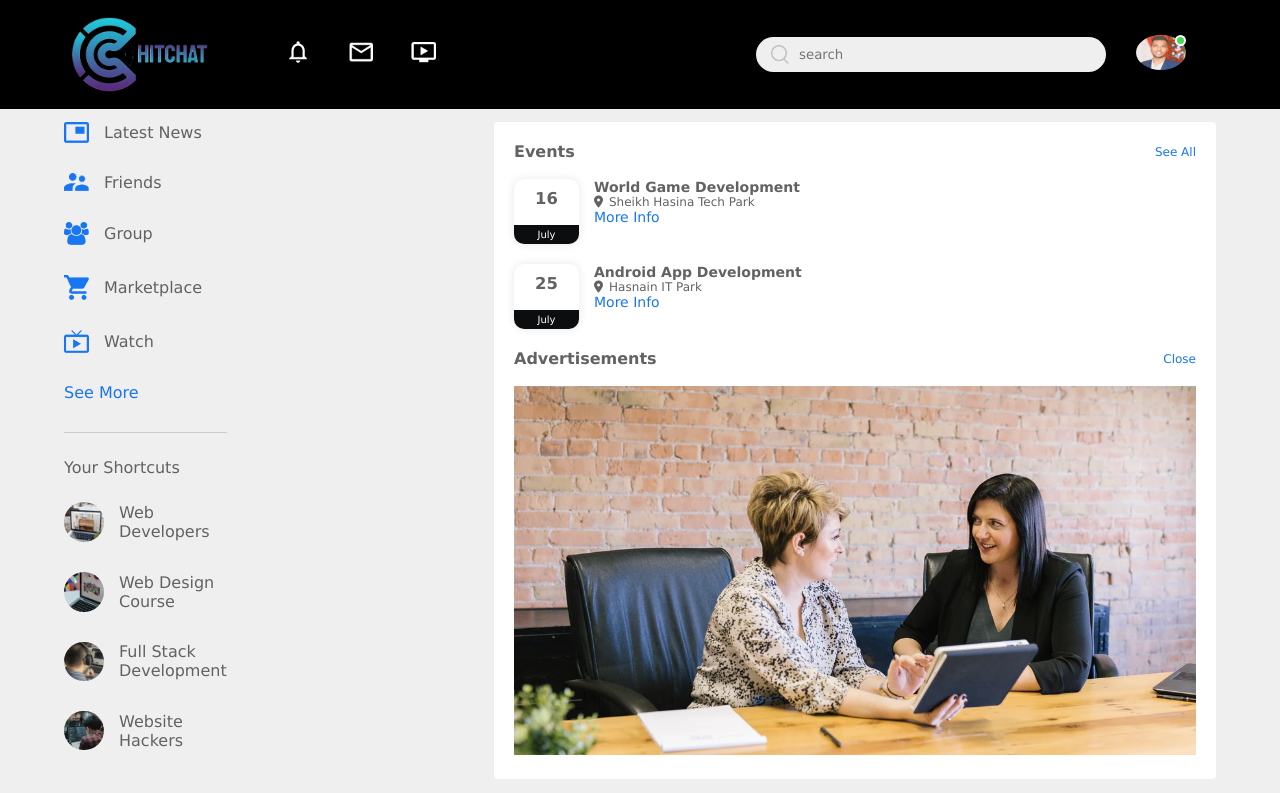
Repository: omarhasnain/ChitChat
Page: index.html
The author's editor kept a copy of each file at every save. The page is drawn from the files as they stood at one save, then again after the next save.
The browser window is 1280 px wide. The pictures show the whole page.
Some web libraries are served in a nearby version.

Above is the page before, as saved 2021-07-12 22:13:10.

### index.html
<!DOCTYPE html>
<html lang="en">

<head>
    <meta charset="UTF-8">
    <meta http-equiv="X-UA-Compatible" content="IE=edge">
    <meta name="viewport" content="width=device-width, initial-scale=1.0">
    <title>ChitChat</title>
    <link rel="stylesheet" href="style.css">
    <link rel="shortcut icon" href="images/fav-ico.ico" type="image/x-icon">
    <script src="https://kit.fontawesome.com/07933890e6.js" crossorigin="anonymous"></script>
</head>

<body>
    <nav>
        <div class="nav-left">
            <img src="images/logo4.png" alt="logo" class="logo">
            <ul>
                <li><img src="images/notification.png" alt="" class=""></li>
                <li><img src="images/inbox.png" alt="" class=""></li>
                <li><img src="images/video.png" alt="" class=""></li>
            </ul>
        </div>
        <div class="nav-right">
            <div class="search-box">
                <img src="images/search.png" alt="">
                <input type="text" placeholder="search">
            </div>
            <div class="nav-user-icon online">
                <img src="images/FC.jpg" alt="">
            </div>
        </div>
    </nav>
    <div class="container">
        <!---- Left sidebar --->
        <div class="left-sidebar">
            <div class="important-links">
                <a href="#"><img src="images/news.png" alt="news">Latest News</a>
                <a href="#"><img src="images/friends.png">Friends</a>
                <a href="#"><img src="images/group.png">Group</a>
                <a href="#"><img src="images/marketplace.png">Marketplace</a>
                <a href="#"><img src="images/watch.png">Watch</a>
                <a href="#">See More</a>
            </div>
            <div class="shortcut-links">
                <p>Your Shortcuts</p>
                <a href="#"><img src="images/shortcut-1.png" alt="">Web Developers</a>
                <a href="#"><img src="images/shortcut-2.png" alt="">Web Design Course</a>
                <a href="#"><img src="images/shortcut-3.png" alt="">Full Stack Development</a>
                <a href="#"><img src="images/shortcut-4.png" alt="">Website Hackers</a>
            </div>
        </div>
        <!---- Main Content --->
        <div class="main-content"></div>
        <!---- Right sidebar --->
        <div class="right-sidebar">
            <div class="sidebar-title">
                <h4>Events</h4>
                <a href="#">See All</a>
            </div>
            <div class="event">
                <div class="left-event">
                    <h3>16</h3>
                    <span>July</span>
                </div>
                <div class="right-event">
                    <h4>World Game Development</h4>
                    <p><i class="fas fa-map-marker-alt"></i>Sheikh Hasina Tech Park</p>
                    <a href="">More Info</a>
                </div>
            </div>
            <div class="event">
                <div class="left-event">
                    <h3>25</h3>
                    <span>July</span>
                </div>
                <div class="right-event">
                    <h4>Android App Development</h4>
                    <p><i class="fas fa-map-marker-alt"></i>Hasnain IT Park </p>
                    <a href="">More Info</a>
                </div>
            </div>
            <div class="sidebar-title">
                <h4>Advertisements</h4>
                <a href="#">Close</a>
            </div>
            <img src="images/advertisement.png" class="sidebar-ads" alt="">
        </div>
    </div>
</body>

</html>

### style.css
* {
    margin: 0;
    padding: 0;
    font-family: Verdana;
    box-sizing: border-box;
}

body {
    background-color: #efefef;
}

nav {
    display: flex;
    align-items: center;
    justify-content: space-between;
    background: rgb(0, 0, 0);
    padding: 5px 5%;
    position: sticky;
    top: 0;
    z-index: 100;
}

.logo {
    width: 160px;
    margin-right: 45px;
}

.nav-left,
.nav-right {
    display: flex;
    align-items: center;
}

.nav-left ul li {
    list-style: none;
    display: inline-block;
}

.nav-left ul li img {
    width: 28px;
    margin: 0 15px;
    cursor: pointer;
}

.nav-user-icon img {
    width: 50px;
    height: 35px;
    border-radius: 100%;
    cursor: pointer;
}

.nav-user-icon {
    margin: 30px;
}

.search-box {
    background: #efefef;
    width: 350px;
    border-radius: 20px;
    display: flex;
    align-items: center;
    padding: 0 15px;
}

.search-box img {
    width: 18px;
    cursor: pointer;
}

.search-box input {
    background: transparent;
    width: 100%;
    border: 0;
    display: flex;
    align-items: center;
    padding: 10px;
    outline: none;
}

.online {
    position: relative;
}

.online::after {
    content: '';
    width: 7px;
    height: 7px;
    border: 2px solid #fff;
    border-radius: 50%;
    background: #41db51;
    position: absolute;
    top: 0;
    right: 0;
}

.container {
    display: flex;
    justify-content: space-between;
    padding: 13px 5%;
}

.left-sidebar {
    flex-basis: 25%;
    position: sticky;
    top: 70px;
    align-self: flex-start;
}

.right-sidebar {
    flex-basis: 25%;
    position: sticky;
    top: 70px;
    align-self: flex-start;
    background: #fff;
    padding: 20px;
    border-radius: 4px;
    color: #626262;
}

.main-content {
    flex-basis: 47%;
}

.important-links a,
.shortcut-links a {
    text-decoration: none;
    display: flex;
    align-items: center;
    margin-bottom: 30px;
    color: #626262;
    width: fit-content;
}

.important-links a img {
    width: 25px;
    margin-right: 15px;
}

.important-links a:last-child {
    color: #1876f2;
}

.important-links {
    border-bottom: 1px solid #ccc;
}

.shortcut-links a img {
    width: 40px;
    border-radius: 30px;
    margin-right: 15px;
}

.shortcut-links p {
    margin: 25px 0;
    color: #626262;
    font-weight: 500;
}

.sidebar-title {
    display: flex;
    align-items: center;
    justify-content: space-between;
    margin-bottom: 18px;
}

.sidebar-title h4 {
    font-weight: 600;
    font-size: 16px;
}

.sidebar-title a {
    text-decoration: none;
    color: #1876f2;
    font-size: 12px;
}

.event {
    display: flex;
    font-size: 14px;
    margin-bottom: 20px;
}

.left-event {
    border-radius: 10px;
    height: 65px;
    width: 65px;
    margin-right: 15px;
    padding-top: 10px;
    text-align: center;
    position: relative;
    overflow: hidden;
    box-shadow: 0 0 10px rgba(0, 0, 0, 0.1);
}

.event p {
    font-size: 12px;
}

.event a {
    font-size: 12 px;
    text-decoration: none;
    color: #1876f2;
}

.left-event span {
    position: absolute;
    bottom: 0;
    left: 0;
    width: 100%;
    background: #0b0d0f;
    font-size: 10px;
    padding: 4px 0;
    color: #fff;
}

.fas {
    padding-right: 6px;
}

After the next save:
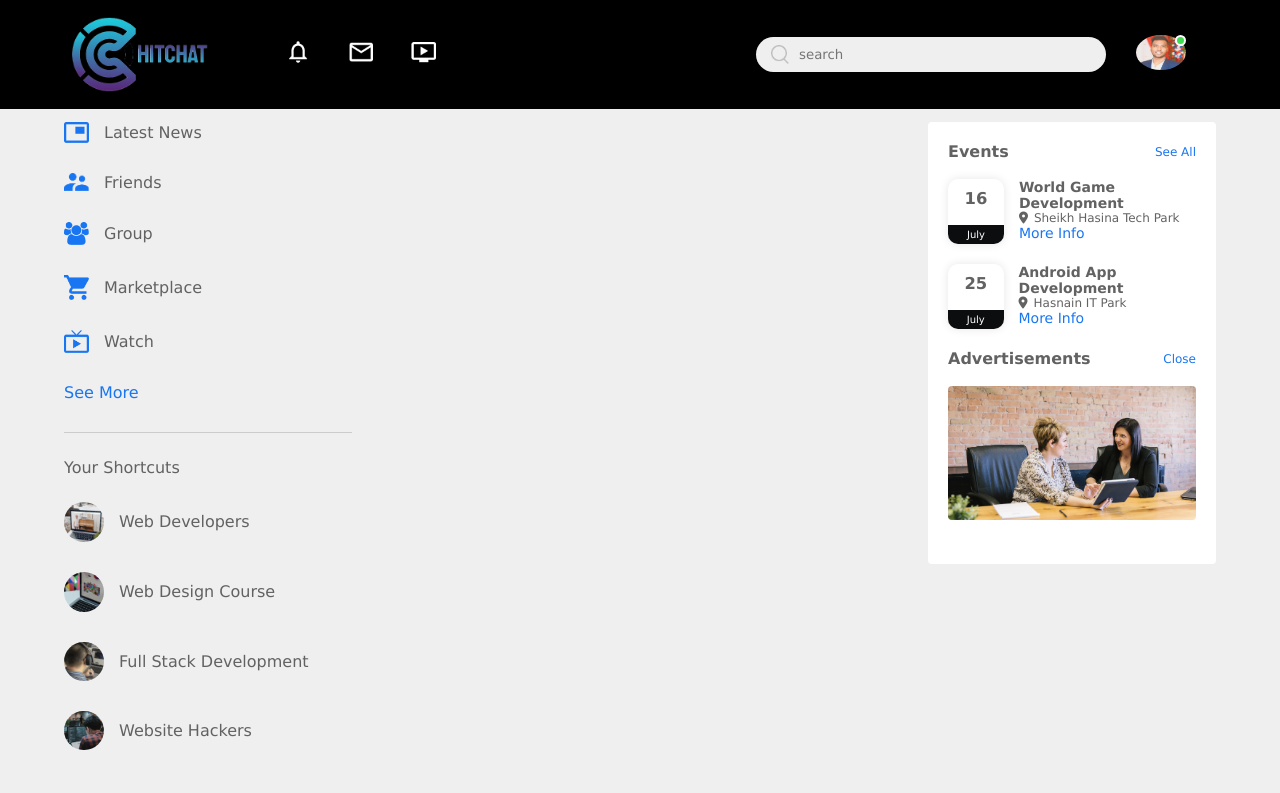
Saved 60 s later.
--- a/style.css
+++ b/style.css
@@ -216,3 +216,9 @@
 .fas {
     padding-right: 6px;
 }
+
+.sidebar-ads {
+    width: 100%;
+    margin-bottom: 20px;
+    border-radius: 4px;
+}
